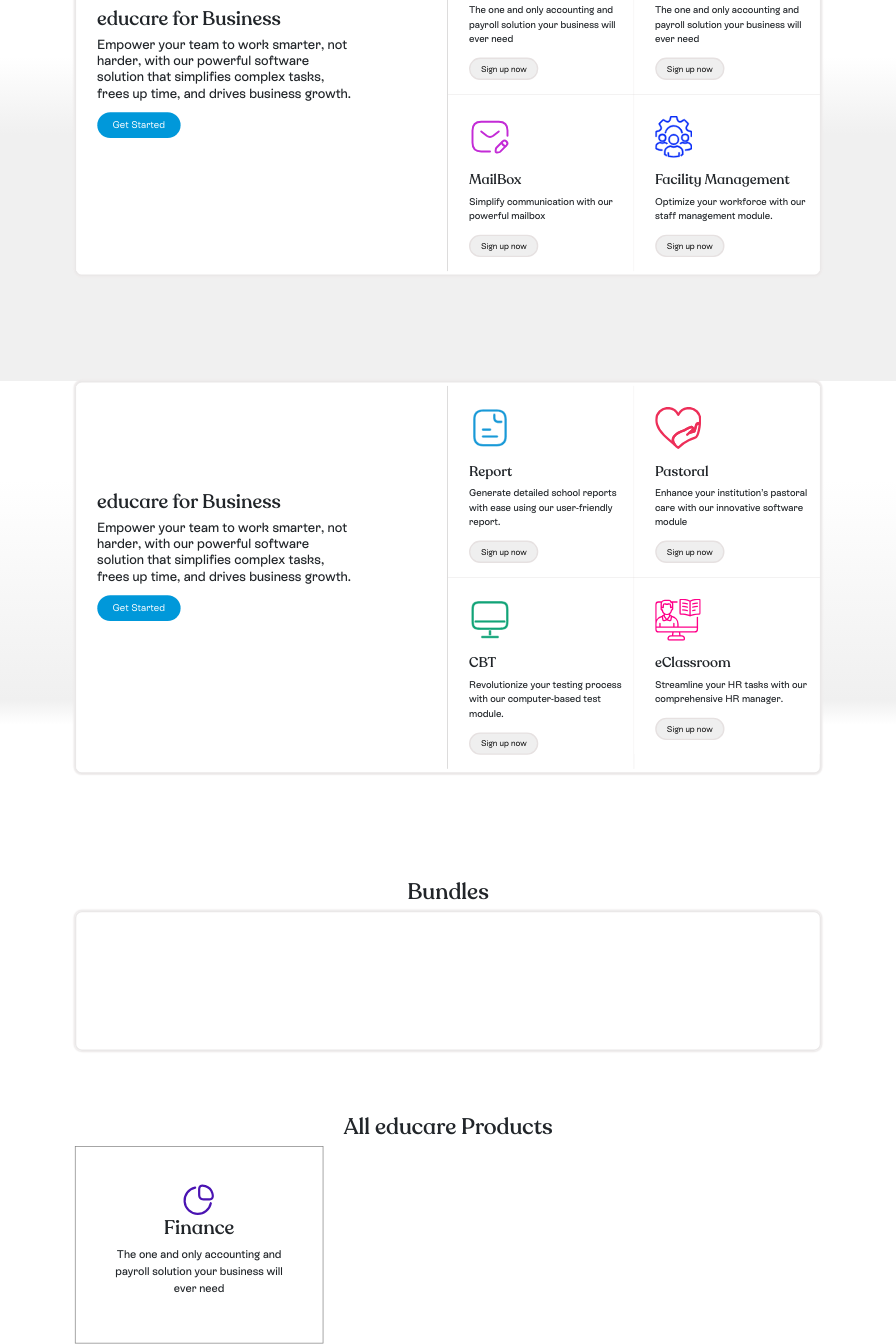
Repository: sarahnnanyelugo/educare-web
Page: /
These files come from the project's save history. The page is drawn as it stood at one moment and after the next save; the edit follows.
The browser window is 1280 px wide. The pictures show the part of the page from y = 1345 to 3265 px (the page is 3265 px tall before and 3264 px after), at 70% of full size.
The project was rebuilt for these pictures with package versions that can differ from the ones it lists, and the page was loaded fresh each time.

Above is the page before, as saved 2023-04-05 10:15:20.

After the next save:
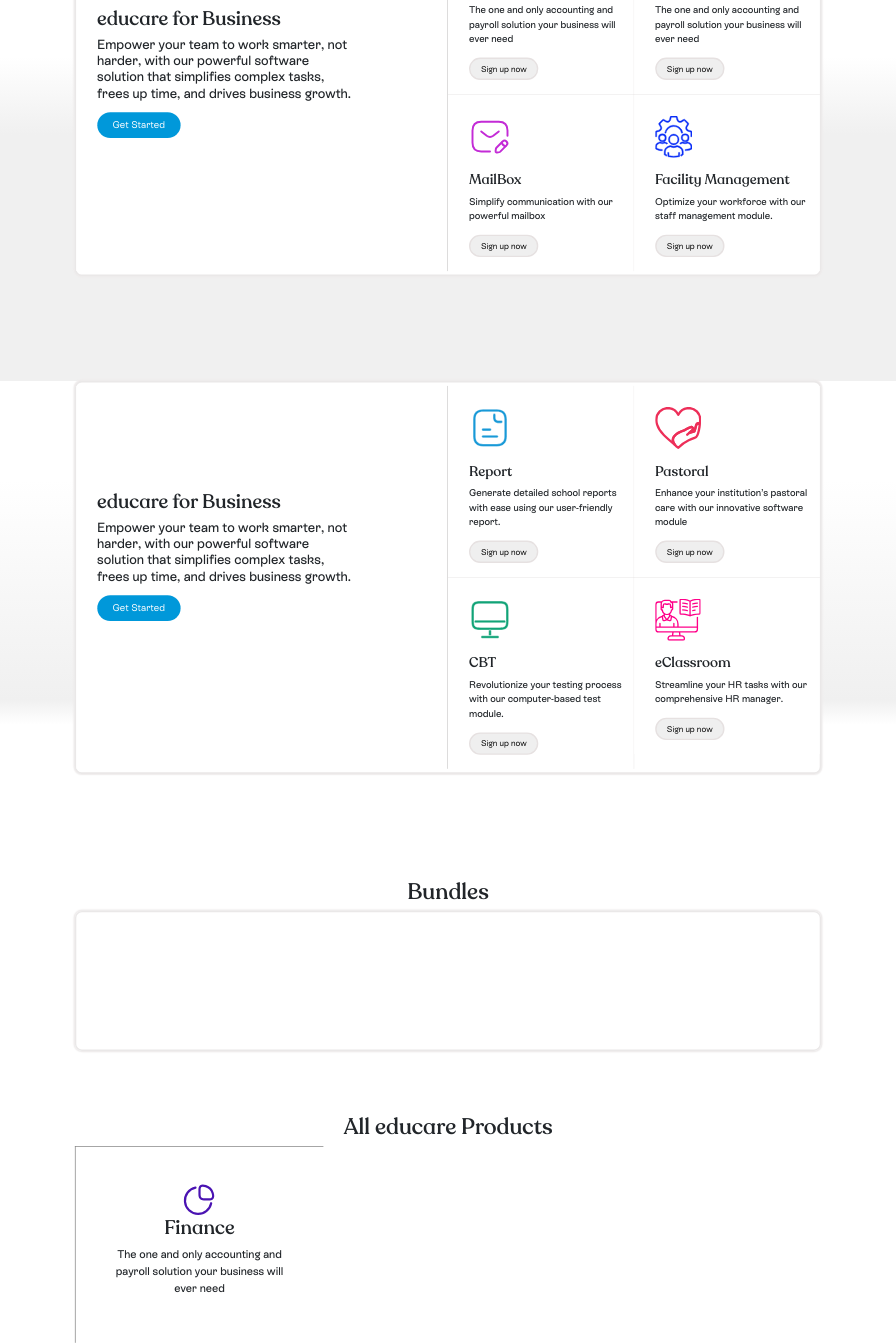
Saved 23 s later.
--- a/src/pages/Home/_home.scss
+++ b/src/pages/Home/_home.scss
@@ -103,6 +103,7 @@
   .first-product-column {
     padding: 50px 40px;
     background: #ffff;
-    border: solid 1px grey;
+    border-top: solid 1px grey;
+    border-left: solid 1px grey;
   }
 }
